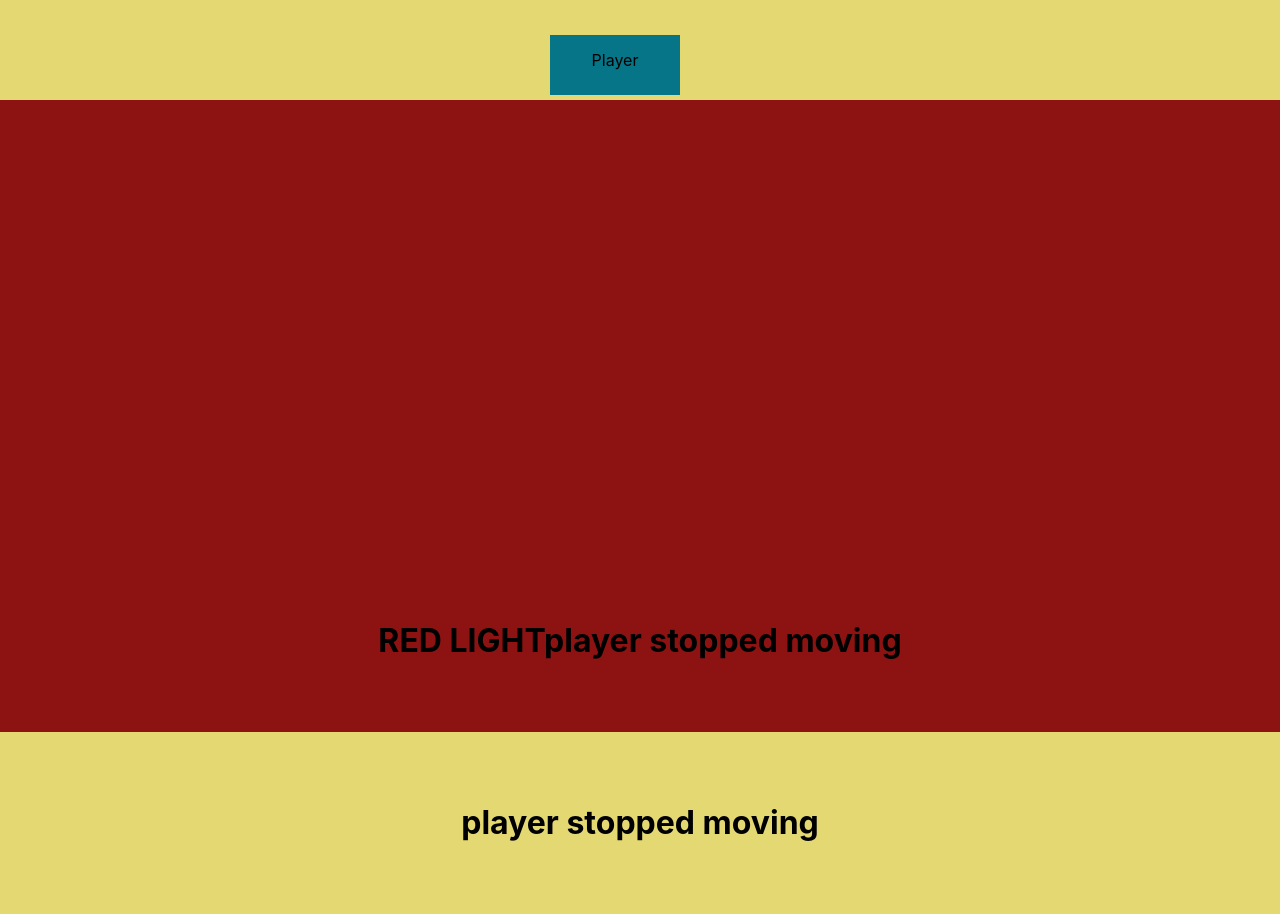
Repository: DerickT02/red-light-green-light
Page: /
These files come from the project's save history. The page is drawn as it stood at one moment and after the next save; the edit follows.
The browser window is 1280 px wide. The pictures show the whole page.
The project was rebuilt for these pictures with package versions that can differ from the ones it lists, and the page was loaded fresh each time.

Above is the page before, as saved 2021-12-01 07:49:57.

After the next save:
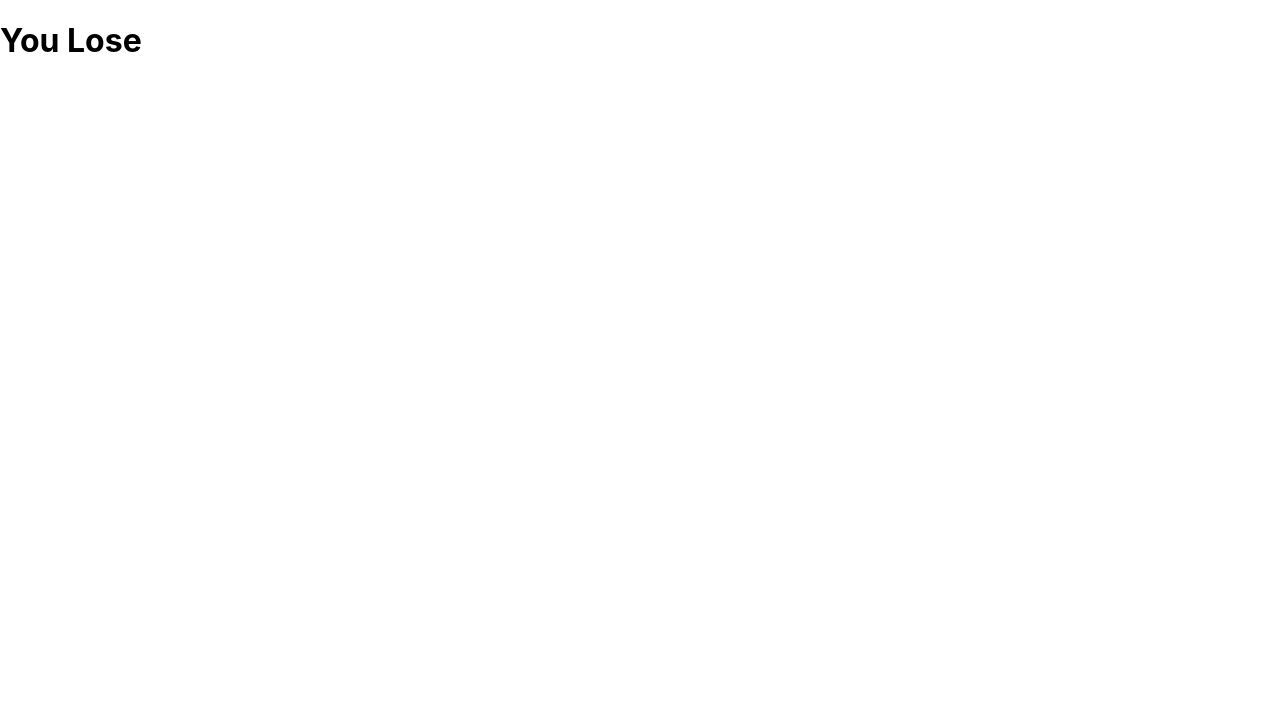
Saved 94 s later.
--- a/src/Field.js
+++ b/src/Field.js
@@ -36,13 +36,13 @@
 
 
         <div>
-
-            <div className = "Field">
+            {canMove === moving ? <div className = "Field">
                 <div className = "Start"><Player /></div>
                 <div className = {light ? 'green-light' : 'red-light'}><h1>{light ? 'GREEN LIGHT' : 'RED LIGHT'}{moving ? 'player is moving' : 'player stopped moving'}</h1></div>
                 <div className = "End"><h1>{moving ? 'player is moving' : 'player stopped moving'}</h1></div>
 
-            </div>
+            </div>  : <h1>You Lose</h1>}
+
         </div>
 
     )

After the save that followed:
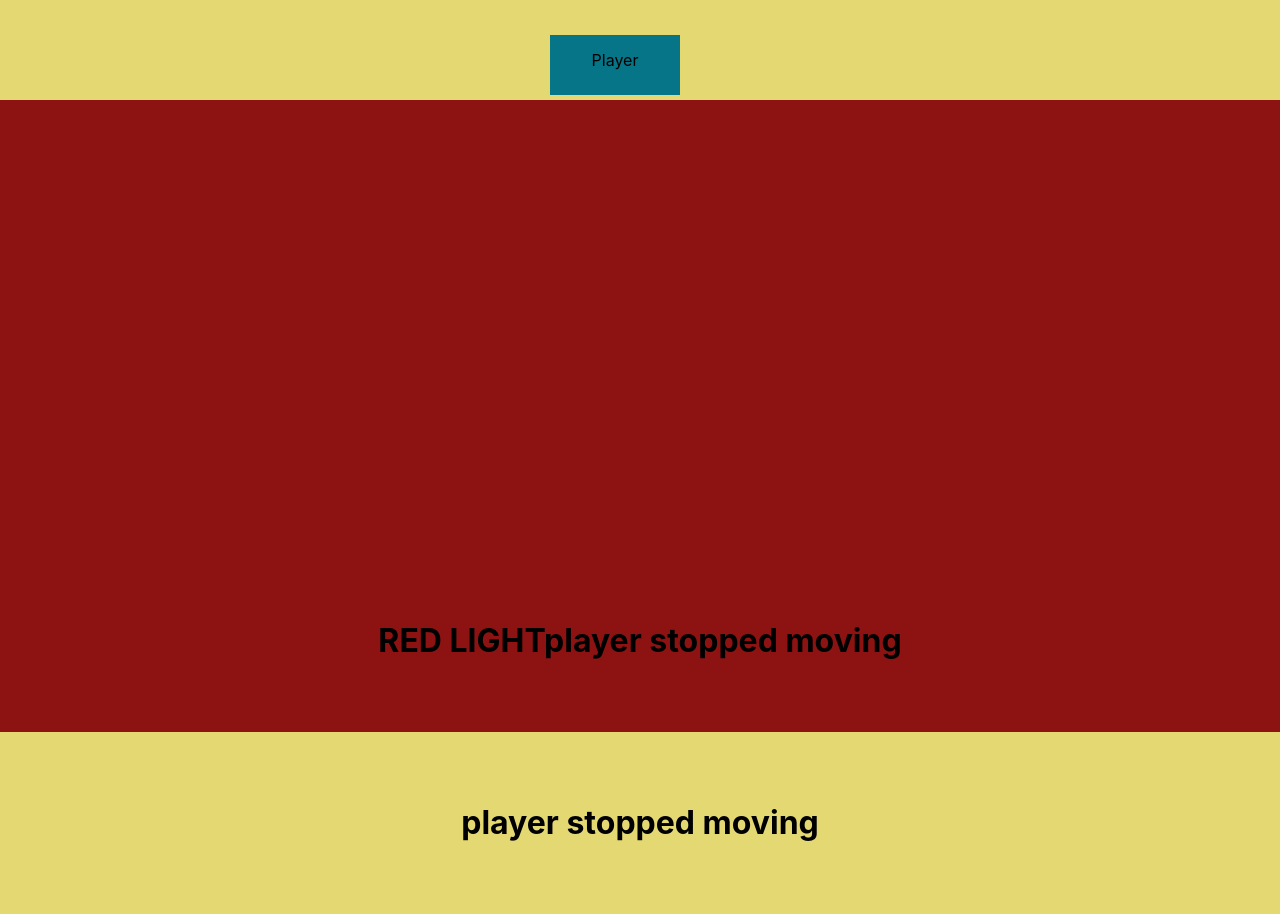
Saved 2 min 20 s later.
--- a/src/Field.js
+++ b/src/Field.js
@@ -36,12 +36,12 @@
 
 
         <div>
-            {canMove === moving ? <div className = "Field">
+            <div className = "Field">
                 <div className = "Start"><Player /></div>
                 <div className = {light ? 'green-light' : 'red-light'}><h1>{light ? 'GREEN LIGHT' : 'RED LIGHT'}{moving ? 'player is moving' : 'player stopped moving'}</h1></div>
                 <div className = "End"><h1>{moving ? 'player is moving' : 'player stopped moving'}</h1></div>
 
-            </div>  : <h1>You Lose</h1>}
+            </div>
 
         </div>
 
